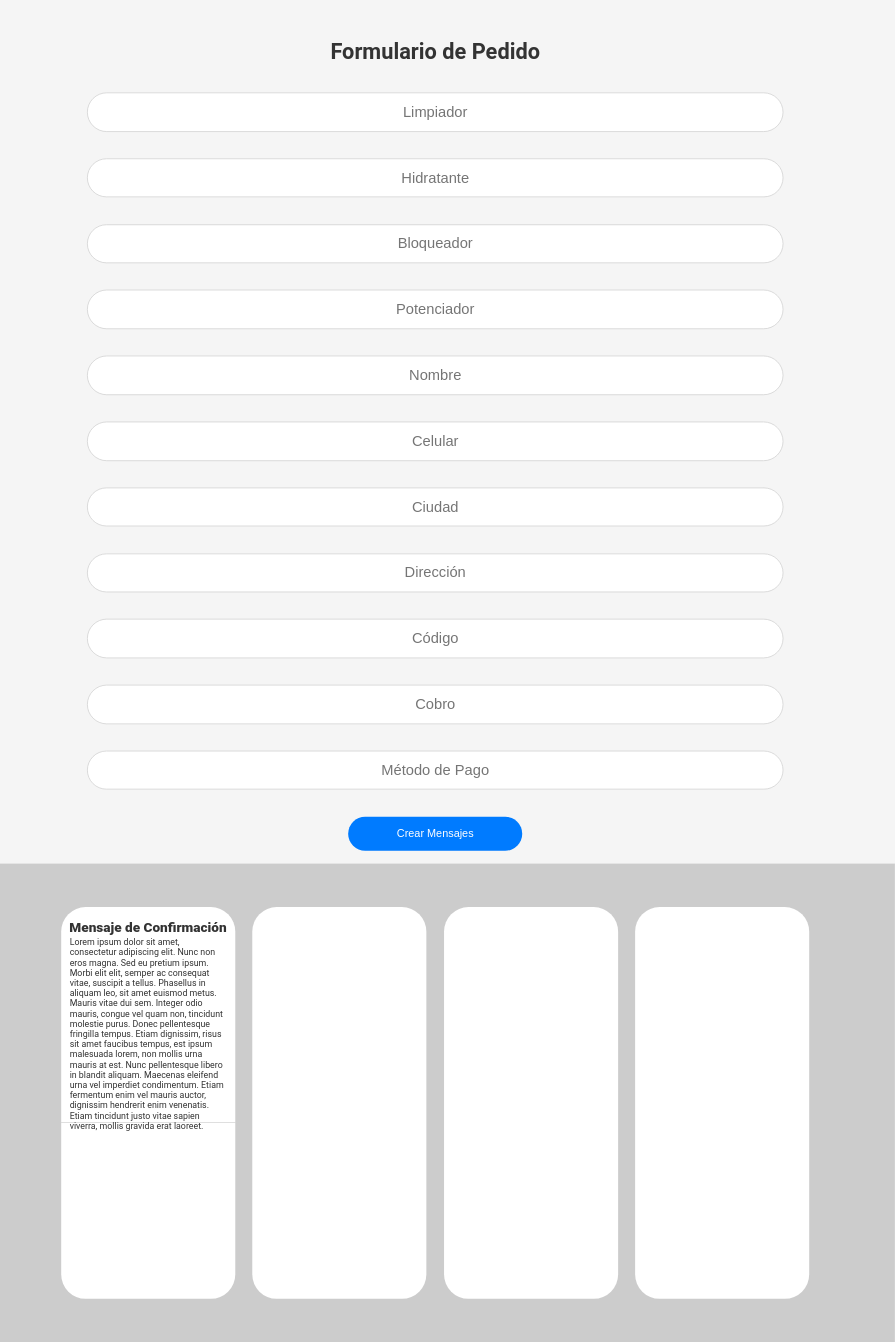
Repository: aCoupon0/intranet
Page: 1/venta-1.html
These files come from the project's save history. The page is drawn as it stood at one moment and after the next save; the edit follows.
The browser window is 1280 px wide. The page is 1316 px wide, so the pictures cover 1316 px, including what lies to the right of the window. The pictures show the whole page, at 68% of full size.

Above is the page before, as saved 2024-12-09 12:43:19.

After the next save:
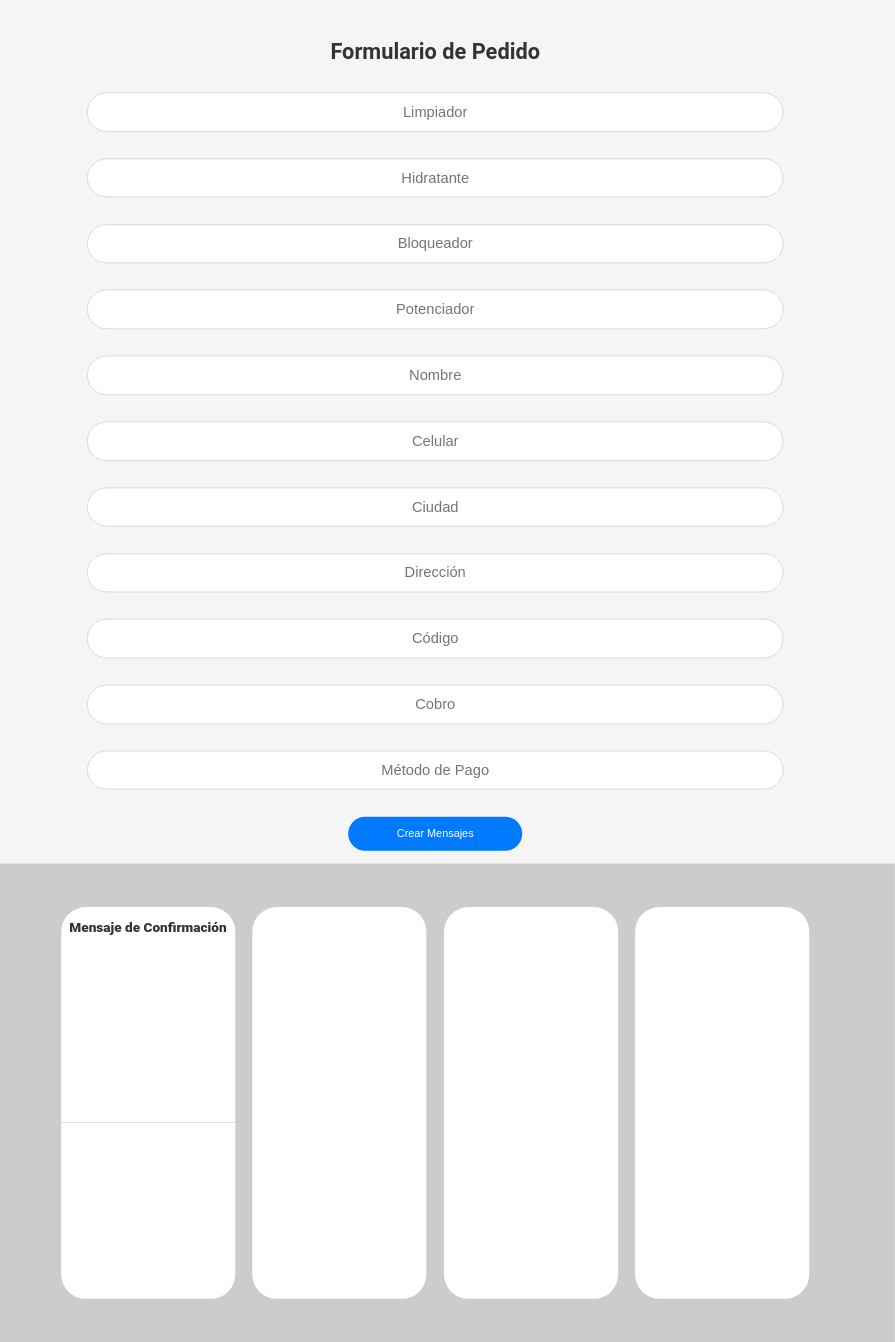
Saved 64 s later.
--- a/1/venta-1.html
+++ b/1/venta-1.html
@@ -34,7 +34,7 @@
     <div class="primera-fase">
         <div class="section-dual">
             <div class="section-dual-title">Mensaje de Confirmación</div>
-            <div class="section-dual-1">Lorem ipsum dolor sit amet, consectetur adipiscing elit. Nunc non eros magna. Sed eu pretium ipsum. Morbi elit elit, semper ac consequat vitae, suscipit a tellus. Phasellus in aliquam leo, sit amet euismod metus. Mauris vitae dui sem. Integer odio mauris, congue vel quam non, tincidunt molestie purus. Donec pellentesque fringilla tempus. Etiam dignissim, risus sit amet faucibus tempus, est ipsum malesuada lorem, non mollis urna mauris at est. Nunc pellentesque libero in blandit aliquam. Maecenas eleifend urna vel imperdiet condimentum. Etiam fermentum enim vel mauris auctor, dignissim hendrerit enim venenatis. Etiam tincidunt justo vitae sapien viverra, mollis gravida erat laoreet.</div>
+            <div class="section-dual-1"></div>
             <div class="section-dual-2"></div>
         </div>
         <div class="section-dual"></div>
